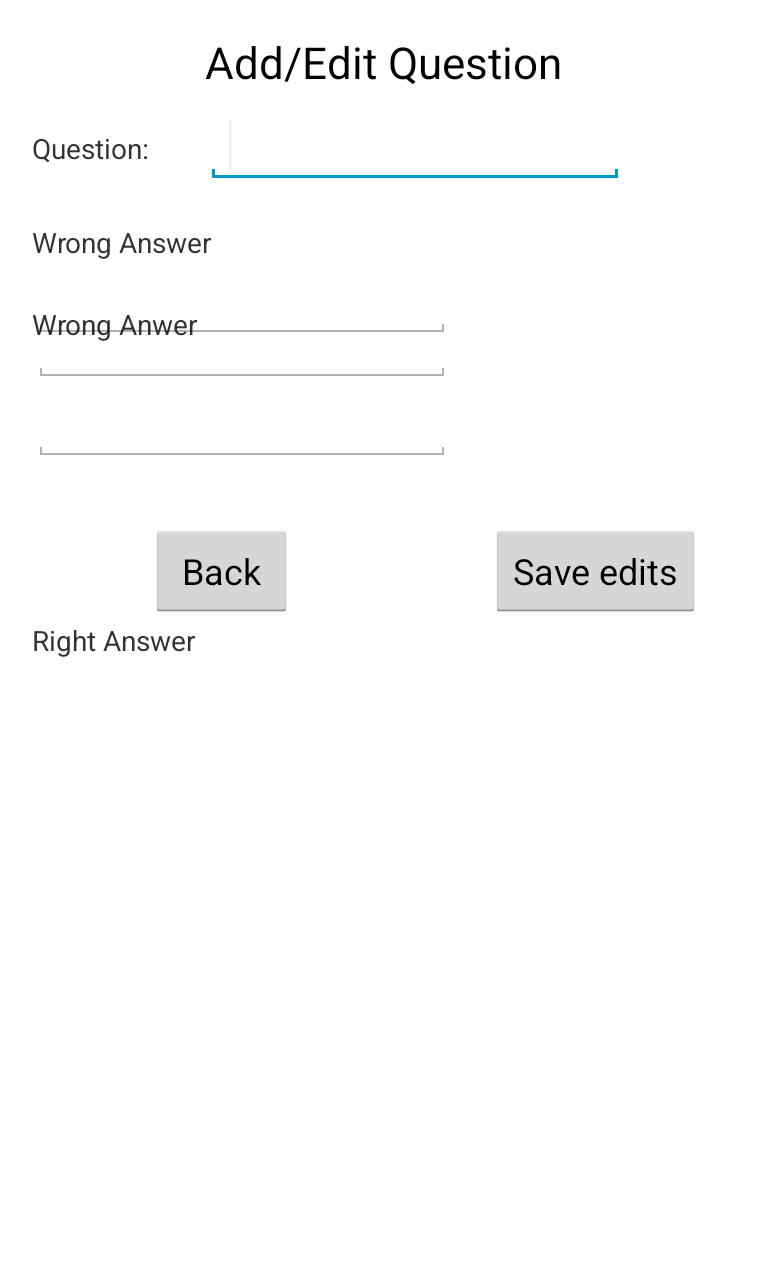
Repository: Sharkeysps/AndroidProjects
Layout: AndroidQuiz/Quiz/res/layout/activity_edit_question.xml
The author's editor kept a copy of each file at every save. The layout is drawn from the files as they stood at one save, then again after the next save.
It is drawn on a 768 x 1280 px phone screen (xhdpi) without system bars, with theme AppTheme; the app's code is not run.

Above is the layout before, as saved 2014-01-31 23:14:43.

### AndroidQuiz/Quiz/res/layout/activity_edit_question.xml
<RelativeLayout xmlns:android="http://schemas.android.com/apk/res/android"
    xmlns:tools="http://schemas.android.com/tools"
    android:layout_width="match_parent"
    android:layout_height="match_parent"
    android:paddingBottom="@dimen/activity_vertical_margin"
    android:paddingLeft="@dimen/activity_horizontal_margin"
    android:paddingRight="@dimen/activity_horizontal_margin"
    android:paddingTop="@dimen/activity_vertical_margin"
    tools:context=".EditQuestion" >

    <TextView
        android:id="@+id/textView1"
        android:layout_width="wrap_content"
        android:layout_height="wrap_content"
        android:layout_centerHorizontal="true"
        android:text="Add/Edit Question"
        android:textAppearance="?android:attr/textAppearanceLarge" />

    <TextView
        android:id="@+id/textView2"
        android:layout_width="wrap_content"
        android:layout_height="wrap_content"
        android:layout_below="@+id/textView1"
        android:layout_marginTop="19dp"
        android:text="Question:" />

    <TextView
        android:id="@+id/textView3"
        android:layout_width="wrap_content"
        android:layout_height="wrap_content"
        android:layout_alignLeft="@+id/textView2"
        android:layout_below="@+id/textView2"
        android:layout_marginTop="28dp"
        android:text="Wrong Answer" />

    <TextView
        android:id="@+id/textView4"
        android:layout_width="wrap_content"
        android:layout_height="wrap_content"
        android:layout_alignLeft="@+id/textView3"
        android:layout_below="@+id/textView3"
        android:layout_marginTop="22dp"
        android:text="Wrong Anwer" />

    <EditText
        android:id="@+id/questionText"
        android:layout_width="wrap_content"
        android:layout_height="wrap_content"
        android:layout_alignBaseline="@+id/textView2"
        android:layout_alignBottom="@+id/textView2"
        android:layout_alignLeft="@+id/textView1"
        android:ems="10" >

        <requestFocus />
    </EditText>

    <EditText
        android:id="@+id/wrongAnswerTwo"
        android:layout_width="wrap_content"
        android:layout_height="wrap_content"
        android:layout_alignLeft="@+id/editText2"
        android:layout_alignTop="@+id/textView4"
        android:ems="10" />

    <TextView
        android:id="@+id/textView5"
        android:layout_width="wrap_content"
        android:layout_height="wrap_content"
        android:layout_alignLeft="@+id/textView4"
        android:layout_centerVertical="true"
        android:text="Right Answer" />

    <Button
        android:id="@+id/saveEdits"
        android:layout_width="wrap_content"
        android:layout_height="wrap_content"
        android:layout_alignParentRight="true"
        android:layout_below="@+id/rightAnswer"
        android:layout_marginRight="17dp"
        android:layout_marginTop="30dp"
        android:text="Save edits" />

    <Button
        android:id="@+id/back"
        android:layout_width="wrap_content"
        android:layout_height="wrap_content"
        android:layout_alignBaseline="@+id/saveEdits"
        android:layout_alignBottom="@+id/saveEdits"
        android:layout_toRightOf="@+id/textView2"
        android:text=" Back " />

    <EditText
        android:id="@+id/wrongAnswerOne"
        android:layout_width="wrap_content"
        android:layout_height="wrap_content"
        android:layout_alignLeft="@+id/textView3"
        android:layout_below="@+id/textView3"
        android:ems="10" />

    <EditText
        android:id="@+id/rightAnswer"
        android:layout_width="wrap_content"
        android:layout_height="wrap_content"
        android:layout_alignLeft="@+id/wrongAnswerTwo"
        android:layout_below="@+id/wrongAnswerTwo"
        android:ems="10" />

</RelativeLayout>

Loaded but not shown: AndroidQuiz/Quiz/res/values/styles.xml (common file); AndroidQuiz/Quiz/res/values-v11/styles.xml (common file); AndroidQuiz/Quiz/res/values-v14/styles.xml (common file); AndroidQuiz/Quiz/res/values/dimens.xml (common file)

After the next save:
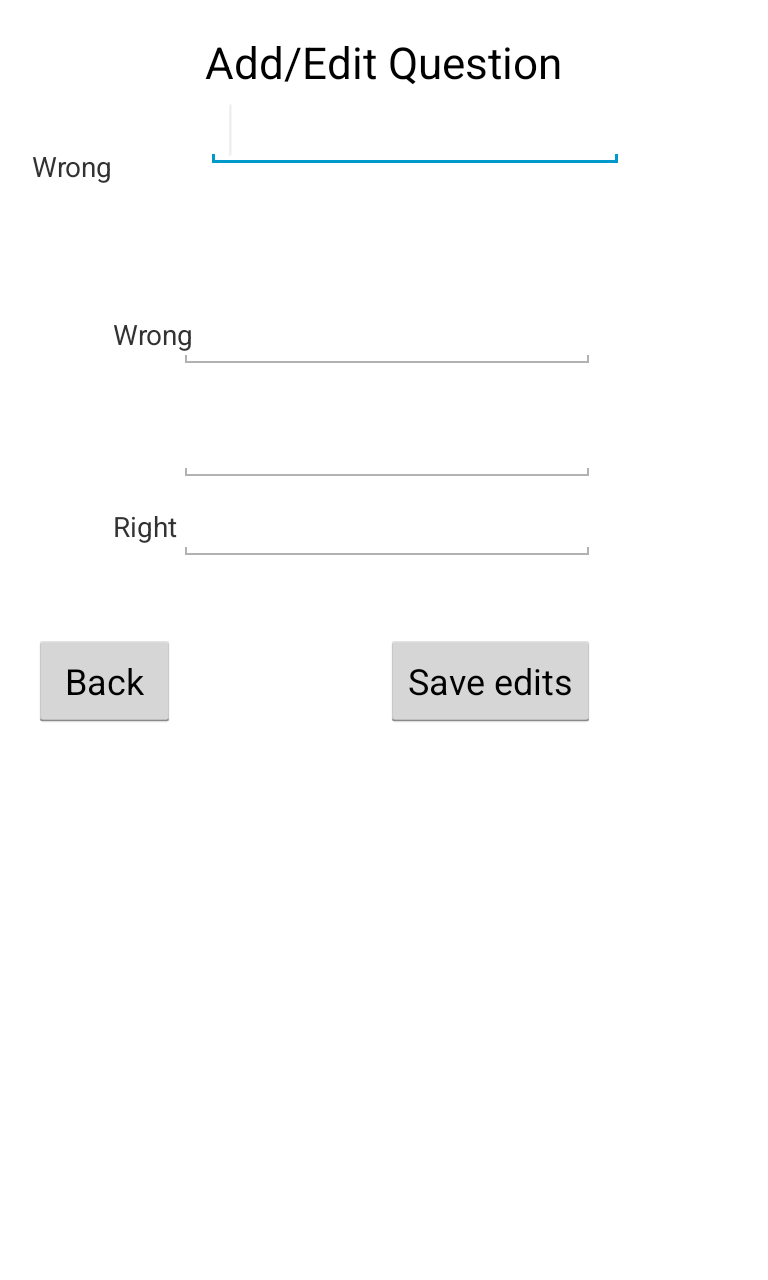
Saved 61 s later.
--- a/AndroidQuiz/Quiz/res/layout/activity_edit_question.xml
+++ b/AndroidQuiz/Quiz/res/layout/activity_edit_question.xml
@@ -17,68 +17,23 @@
         android:textAppearance="?android:attr/textAppearanceLarge" />
 
     <TextView
-        android:id="@+id/textView2"
+        android:id="@+id/textView3"
         android:layout_width="wrap_content"
         android:layout_height="wrap_content"
         android:layout_below="@+id/textView1"
-        android:layout_marginTop="19dp"
-        android:text="Question:" />
-
-    <TextView
-        android:id="@+id/textView3"
-        android:layout_width="wrap_content"
-        android:layout_height="wrap_content"
-        android:layout_alignLeft="@+id/textView2"
-        android:layout_below="@+id/textView2"
         android:layout_marginTop="28dp"
-        android:text="Wrong Answer" />
-
-    <TextView
-        android:id="@+id/textView4"
-        android:layout_width="wrap_content"
-        android:layout_height="wrap_content"
-        android:layout_alignLeft="@+id/textView3"
-        android:layout_below="@+id/textView3"
-        android:layout_marginTop="22dp"
-        android:text="Wrong Anwer" />
+        android:text="Wrong" />
 
     <EditText
         android:id="@+id/questionText"
         android:layout_width="wrap_content"
         android:layout_height="wrap_content"
-        android:layout_alignBaseline="@+id/textView2"
-        android:layout_alignBottom="@+id/textView2"
         android:layout_alignLeft="@+id/textView1"
+        android:layout_below="@+id/textView1"
         android:ems="10" >
 
         <requestFocus />
     </EditText>
-
-    <EditText
-        android:id="@+id/wrongAnswerTwo"
-        android:layout_width="wrap_content"
-        android:layout_height="wrap_content"
-        android:layout_alignLeft="@+id/editText2"
-        android:layout_alignTop="@+id/textView4"
-        android:ems="10" />
-
-    <TextView
-        android:id="@+id/textView5"
-        android:layout_width="wrap_content"
-        android:layout_height="wrap_content"
-        android:layout_alignLeft="@+id/textView4"
-        android:layout_centerVertical="true"
-        android:text="Right Answer" />
-
-    <Button
-        android:id="@+id/saveEdits"
-        android:layout_width="wrap_content"
-        android:layout_height="wrap_content"
-        android:layout_alignParentRight="true"
-        android:layout_below="@+id/rightAnswer"
-        android:layout_marginRight="17dp"
-        android:layout_marginTop="30dp"
-        android:text="Save edits" />
 
     <Button
         android:id="@+id/back"
@@ -86,16 +41,7 @@
         android:layout_height="wrap_content"
         android:layout_alignBaseline="@+id/saveEdits"
         android:layout_alignBottom="@+id/saveEdits"
-        android:layout_toRightOf="@+id/textView2"
         android:text=" Back " />
-
-    <EditText
-        android:id="@+id/wrongAnswerOne"
-        android:layout_width="wrap_content"
-        android:layout_height="wrap_content"
-        android:layout_alignLeft="@+id/textView3"
-        android:layout_below="@+id/textView3"
-        android:ems="10" />
 
     <EditText
         android:id="@+id/rightAnswer"
@@ -105,4 +51,49 @@
         android:layout_below="@+id/wrongAnswerTwo"
         android:ems="10" />
 
+    <EditText
+        android:id="@+id/wrongAnswerOne"
+        android:layout_width="wrap_content"
+        android:layout_height="wrap_content"
+        android:layout_alignBaseline="@+id/textView4"
+        android:layout_alignBottom="@+id/textView4"
+        android:layout_toRightOf="@+id/back"
+        android:ems="10" />
+
+    <Button
+        android:id="@+id/saveEdits"
+        android:layout_width="wrap_content"
+        android:layout_height="wrap_content"
+        android:layout_alignRight="@+id/wrongAnswerOne"
+        android:layout_below="@+id/textView5"
+        android:layout_marginTop="44dp"
+        android:text="Save edits" />
+
+    <EditText
+        android:id="@+id/wrongAnswerTwo"
+        android:layout_width="wrap_content"
+        android:layout_height="wrap_content"
+        android:layout_below="@+id/wrongAnswerOne"
+        android:layout_marginTop="17dp"
+        android:layout_toRightOf="@+id/textView5"
+        android:ems="10" />
+
+    <TextView
+        android:id="@+id/textView5"
+        android:layout_width="wrap_content"
+        android:layout_height="wrap_content"
+        android:layout_alignBaseline="@+id/rightAnswer"
+        android:layout_alignBottom="@+id/rightAnswer"
+        android:layout_alignRight="@+id/back"
+        android:text="Right" />
+
+    <TextView
+        android:id="@+id/textView4"
+        android:layout_width="wrap_content"
+        android:layout_height="wrap_content"
+        android:layout_alignLeft="@+id/textView5"
+        android:layout_below="@+id/textView3"
+        android:layout_marginTop="65dp"
+        android:text="Wrong" />
+
 </RelativeLayout>
